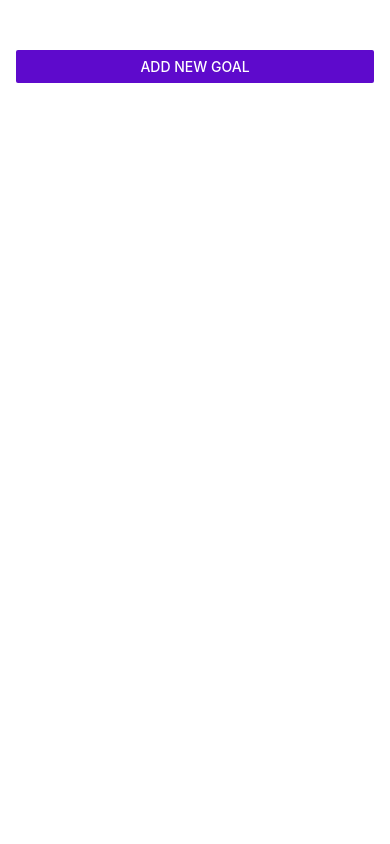
Repository: vanh1604/Todo-List
Screen: /
These files come from the project's save history. The screen is drawn as it stood at one moment and after the next save; the edit follows.
The app was drawn by React Native's web renderer in a window 390 px wide. The project was rebuilt for these pictures with package versions that can differ from the ones it lists, and the page was loaded fresh each time. Also part of the build but not shown: Components/GoalItem.js.

Above is the screen before, as saved 2023-06-17 15:47:26.

### App.js
import { useState } from "react";
import { StyleSheet, View, FlatList, Button } from "react-native";
import GoalItem from "./Components/GoalItem";
import GoalInput from "./Components/GoalInput";

export default function App() {
  const [modalIsVisible, setModalIsVisible] = useState(false);
  const [courseGoals, setCourseGoals] = useState([]);

  const addGoalHandler = (enteredGoalText) => {
    setCourseGoals((currentCourseGoals) => [
      ...currentCourseGoals,
      { text: enteredGoalText, id: Math.random().toString() },
    ]);
    endAddGoalHandler();
  };
  const DeleteGoalsHandler = (id) => {
    setCourseGoals((currentCourseGoals) => {
      return currentCourseGoals.filter((goal) => goal.id !== id);
    });
  };
  const startAddGoalHandler = () => {
    setModalIsVisible(true);
  };
  const endAddGoalHandler = () => {
    setModalIsVisible(false);
  };
  return (
    <View style={styles.appContainer}>
      <Button
        title="Add New Goal"
        color="#5e0acc"
        onPress={startAddGoalHandler}
      />
      <GoalInput
        visible={modalIsVisible}
        onAddGoal={addGoalHandler}
        onCancel={endAddGoalHandler}
      />
      <View style={styles.goalsContainer}>
        <FlatList
          data={courseGoals}
          renderItem={(itemData) => {
            return (
              <GoalItem
                text={itemData.item.text}
                id={itemData.item.id}
                onDeleteItem={DeleteGoalsHandler}
              />
            );
          }}
          keyExtractor={(item, index) => {
            return item.id;
          }}
          alwaysBounceVertical={false}
        />
      </View>
    </View>
  );
}

const styles = StyleSheet.create({
  appContainer: {
    flex: 1,
    paddingTop: 50,
    paddingHorizontal: 16,
    backgroundColor:''
  },
  goalsContainer: {
    flex: 5,
  },
});

### Components/GoalInput.js
import React from "react";
import {
  StyleSheet,
  View,
  TextInput,
  Button,
  Modal,
  Image,
} from "react-native";
import { useState } from "react";
function GoalInput(props) {
  const [enteredGoalText, setEnteredGoalText] = useState("");
  const goalInputHandler = (enteredText) => {
    setEnteredGoalText(enteredText);
  };
  const addGoal = () => {
    props.onAddGoal(enteredGoalText);
    setEnteredGoalText("");
  };
  return (
    <Modal visible={props.visible} animationType="slide">
      <View style={styles.inputContainer}>
        <Image
          style={styles.image}
          source={require("../assets/image/goal.png")}
        />
        <TextInput
          style={styles.textInput}
          placeholder="Your course goal!"
          onChangeText={goalInputHandler}
          value={enteredGoalText}
        ></TextInput>
        <View style={styles.buttonContainer}>
          <View style={styles.button}>
            <Button title="Cancel" onPress={props.onCancel} color="#f31282" />
          </View>
          <View style={styles.button}>
            <Button title="Add goals" onPress={addGoal} color="#b180f0" />
          </View>
        </View>
      </View>
    </Modal>
  );
}
const styles = StyleSheet.create({
  inputContainer: {
    flex: 1,
    justifyContent: "center",
    alignItems: "center",
    padding: 16,
    backgroundColor: "#311b6b",
  },
  image: {
    width: 100,
    height: 100,
    margin: 20,
  },
  textInput: {
    borderWidth: 1,
    borderColor: "#e4d0ff",
    backgroundColor: "#e4d0ff",
    color: "#120438",
    borderRadius: 6,
    width: "100%",
    padding: 16,
  },
  buttonContainer: {
    marginTop: 16,
    flexDirection: "row",
  },
  button: {
    width: 100,
    marginHorizontal: 8,
  },
});
export default GoalInput;

After the next save:
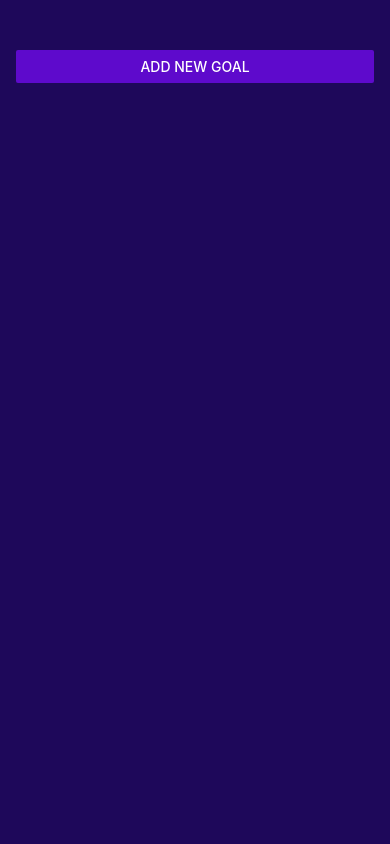
Saved 12 s later.
--- a/App.js
+++ b/App.js
@@ -64,7 +64,7 @@ const styles = StyleSheet.create({
     flex: 1,
     paddingTop: 50,
     paddingHorizontal: 16,
-    backgroundColor:''
+    backgroundColor: "#1e085a",
   },
   goalsContainer: {
     flex: 5,
